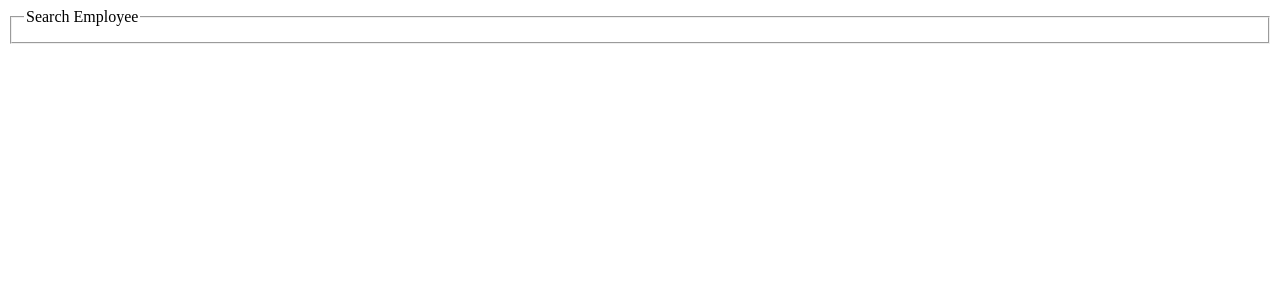
Repository: Ashwini12344/TY_CG_HTD_BangaloreNovember_JFS_AshwiniR
Page: http://localhost/mywebapp/SearchEmpJspForm.jsp
The author's editor kept a copy of each file at every save. The page is drawn from the files as they stood at one save, then again after the next save.
The browser window is 1280 px wide. The pictures show the whole page.
The page is served by Tomcat 9.

Above is the page before, as saved 2019-12-18 00:48:18.

After the next save:
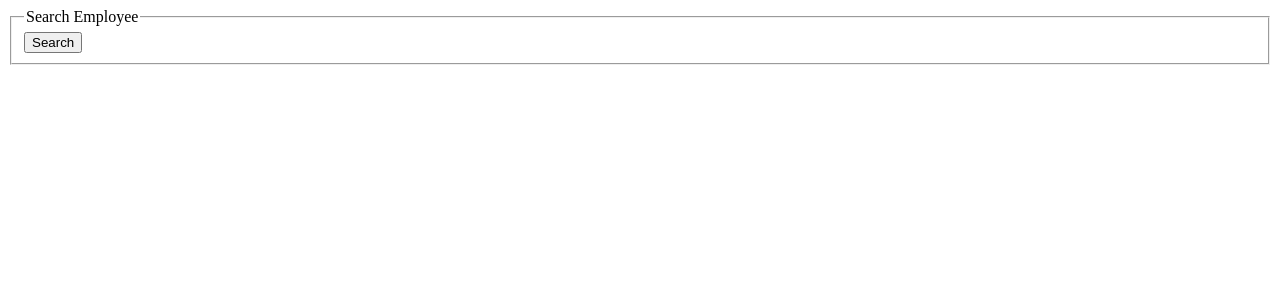
Saved 2 min 25 s later.
--- a/BackEnd/Servlets/mywebapp/src/main/webapp/SearchEmpJspForm.jsp
+++ b/BackEnd/Servlets/mywebapp/src/main/webapp/SearchEmpJspForm.jsp
@@ -14,7 +14,9 @@
 <body>
 <fieldset>
 <legend>Search Employee</legend>
-<form action="./getEmployee">
+<form action="./getEmployee" method="get">
+<input type="submit" value="Search">
+
 
 </form>
 </fieldset>
